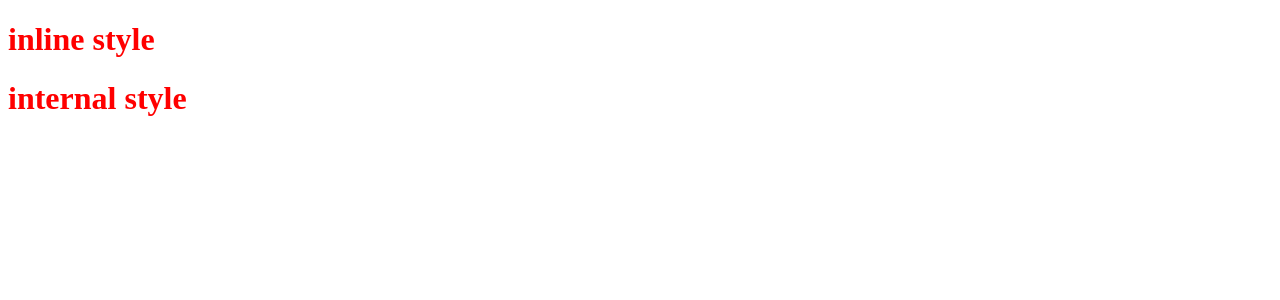
Repository: kwakminjung/bootclass
Page: Day2/frontend/src/main/resources/static/index.html
The author's editor kept a copy of each file at every save. The page is drawn from the files as they stood at one save, then again after the next save.
The browser window is 1280 px wide. The pictures show the whole page.

Above is the page before, as saved 2024-07-02 01:16:13.

After the next save:
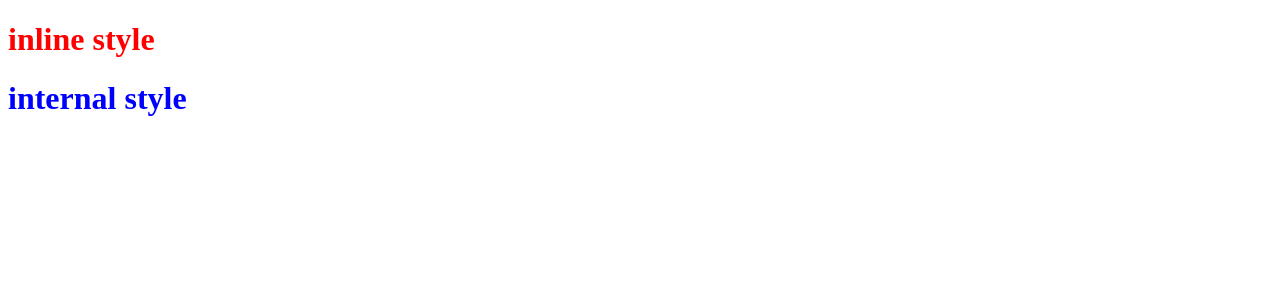
Saved 37 s later.
--- a/Day2/frontend/src/main/resources/static/index.html
+++ b/Day2/frontend/src/main/resources/static/index.html
@@ -6,7 +6,7 @@
 <style>
 
 h1 {
-color:red;
+color:blue;
 }
 
 </style>
